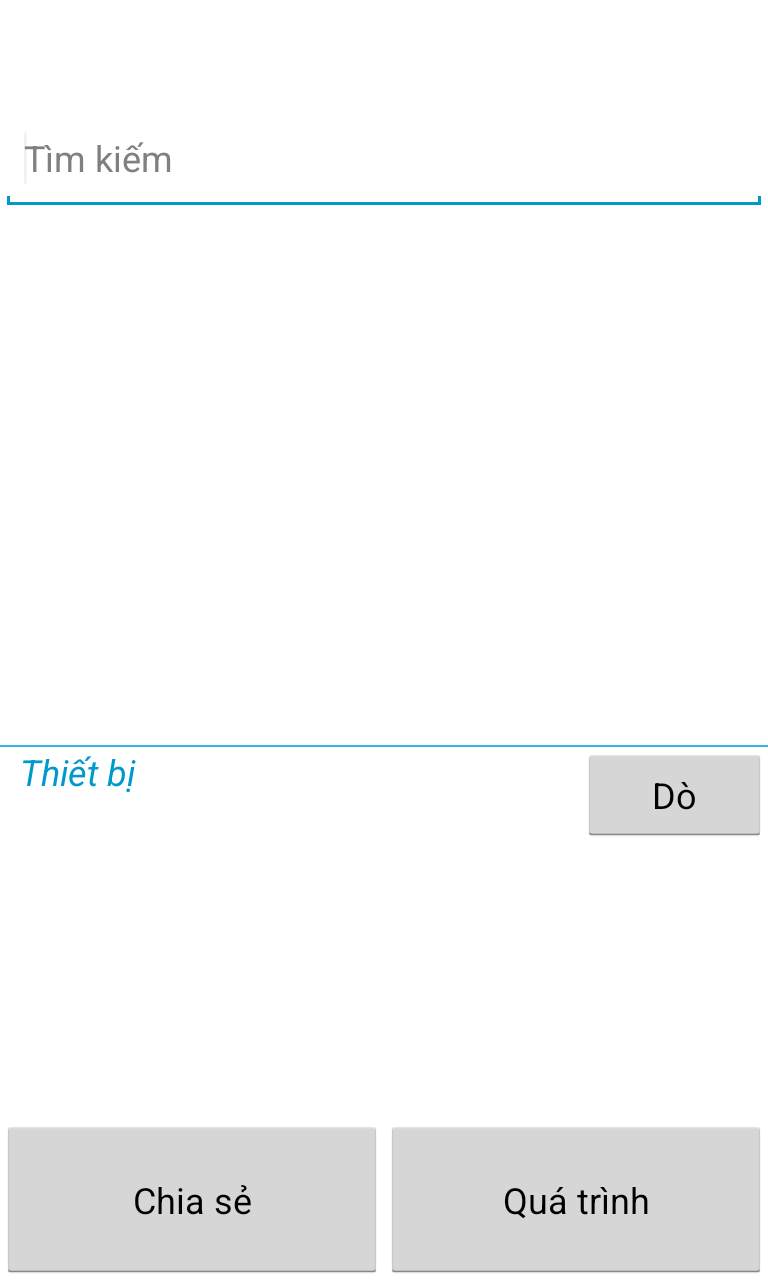
Repository: thinhnk55/android-appshare
Layout: ShareApp/res/layout/activity_main.xml
An editor plug-in stored every save of this project. The layout is shown before and after the next save, followed by the edit.
It is drawn on a 768 x 1280 px phone screen (xhdpi) without system bars, with theme AppTheme; the app's code is not run.

Above is the layout before, as saved 2014-07-17 15:53:28.

### ShareApp/res/layout/activity_main.xml
<RelativeLayout xmlns:android="http://schemas.android.com/apk/res/android"
    xmlns:tools="http://schemas.android.com/tools"
    android:layout_width="match_parent"
    android:layout_height="match_parent"
    tools:context=".MainActivity" >

    <TabHost
        android:id="@android:id/tabhost"
        android:layout_width="match_parent"
        android:layout_height="match_parent"
        android:layout_alignParentLeft="true"
        android:layout_alignParentTop="true" >

        <LinearLayout
            android:layout_width="match_parent"
            android:layout_height="match_parent"
            android:orientation="vertical"
            android:weightSum="120" >

            <TabWidget
                android:id="@android:id/tabs"
                android:layout_width="match_parent"
                android:layout_height="0dp"
                android:layout_weight="10" >
            </TabWidget>

            <AutoCompleteTextView
                android:id="@+id/autoCompleteTextView1"
                android:layout_width="match_parent"
                android:layout_height="0dp"
                android:layout_weight="10"
                android:ems="10"
                android:hint="@string/search" >

                <requestFocus
                    android:layout_width="wrap_content"
                    android:layout_height="wrap_content" />
            </AutoCompleteTextView>

            <FrameLayout
                android:id="@android:id/tabcontent"
                android:layout_width="match_parent"
                android:layout_height="0dp"
                android:layout_weight="50" >
            </FrameLayout>

            <View
                android:layout_width="match_parent"
                android:layout_height="1dp"
                android:background="@android:color/holo_blue_light" />

            <LinearLayout
                android:layout_width="match_parent"
                android:layout_height="0dp"
                android:layout_weight="10"
                android:weightSum="20" >

                <TextView
                    android:id="@+id/textView1"
                    android:layout_width="0dp"
                    android:layout_height="match_parent"
                    android:layout_weight="15"
                    android:layout_marginLeft="10dp"
                    android:layout_gravity="center"
                    android:gravity="left"
                    android:text="@string/device"
                    android:textAppearance="?android:attr/textAppearanceMedium"
                    android:textColor="@android:color/holo_blue_dark"
                    android:textStyle="italic" />

                <Button
                    android:id="@+id/btScan"
                    android:layout_width="0dp"
                    android:layout_height="wrap_content"
                    android:layout_weight="5"
                    android:gravity="center"
                    android:text="@string/scan" />

            </LinearLayout>

            <HorizontalScrollView
                android:id="@+id/horizontalScrollView1"
                android:layout_width="match_parent"
                android:layout_height="0dp"
                android:layout_weight="25" >

                <LinearLayout
                    android:layout_width="wrap_content"
                    android:layout_height="match_parent"
                    android:orientation="horizontal" >
                </LinearLayout>
            </HorizontalScrollView>

            <LinearLayout
                android:layout_width="match_parent"
                android:layout_height="0dp"
                android:layout_weight="15"
                android:weightSum="20" >

                <Button
                    android:id="@+id/button2"
                    android:layout_width="0dp"
                    android:layout_height="match_parent"
                    android:layout_weight="10"
                    android:text="@string/share" />

                <Button
                    android:id="@+id/button3"
                    android:layout_width="0dp"
                    android:layout_height="match_parent"
                    android:layout_weight="10"
                    android:text="@string/progress" />
            </LinearLayout>
        </LinearLayout>
    </TabHost>

</RelativeLayout>

### ShareApp/res/values/strings.xml
<?xml version="1.0" encoding="utf-8"?>
<resources>

    <string name="app_name">ShareApp</string>
    <string name="action_settings">Settings</string>
    <string name="hello_world">Hello world!</string>
    <string name="device">Thiết bị</string>
    <string name="share">Chia sẻ</string>
    <string name="progress">Quá trình</string>
    <string name="search">Tìm kiếm</string>
    <string name="scan">Dò</string>

</resources>

Loaded but not shown: ShareApp/res/values/styles.xml (common file); ShareApp/res/values-v11/styles.xml (common file); ShareApp/res/values-v14/styles.xml (common file)

After the next save:
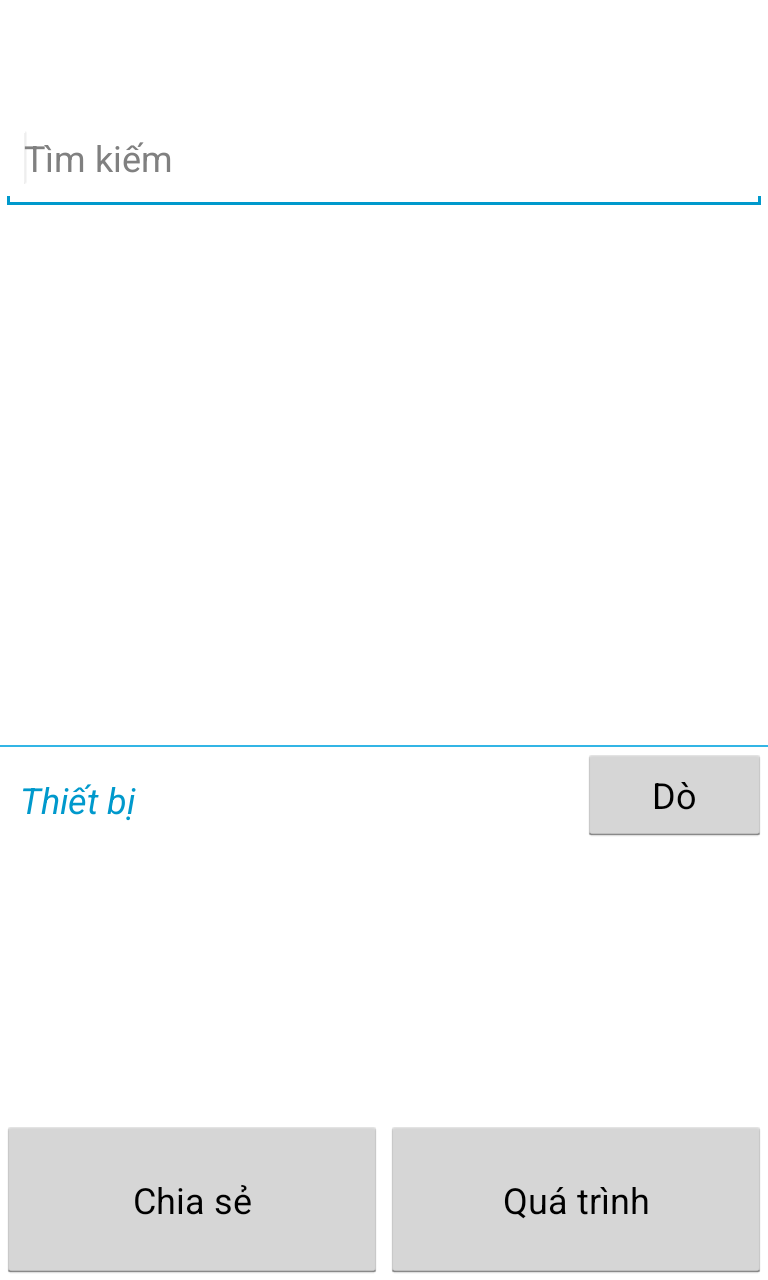
Saved 21 s later.
--- a/ShareApp/res/layout/activity_main.xml
+++ b/ShareApp/res/layout/activity_main.xml
@@ -62,7 +62,7 @@
                     android:layout_weight="15"
                     android:layout_marginLeft="10dp"
                     android:layout_gravity="center"
-                    android:gravity="left"
+                    android:gravity="center_vertical"
                     android:text="@string/device"
                     android:textAppearance="?android:attr/textAppearanceMedium"
                     android:textColor="@android:color/holo_blue_dark"
